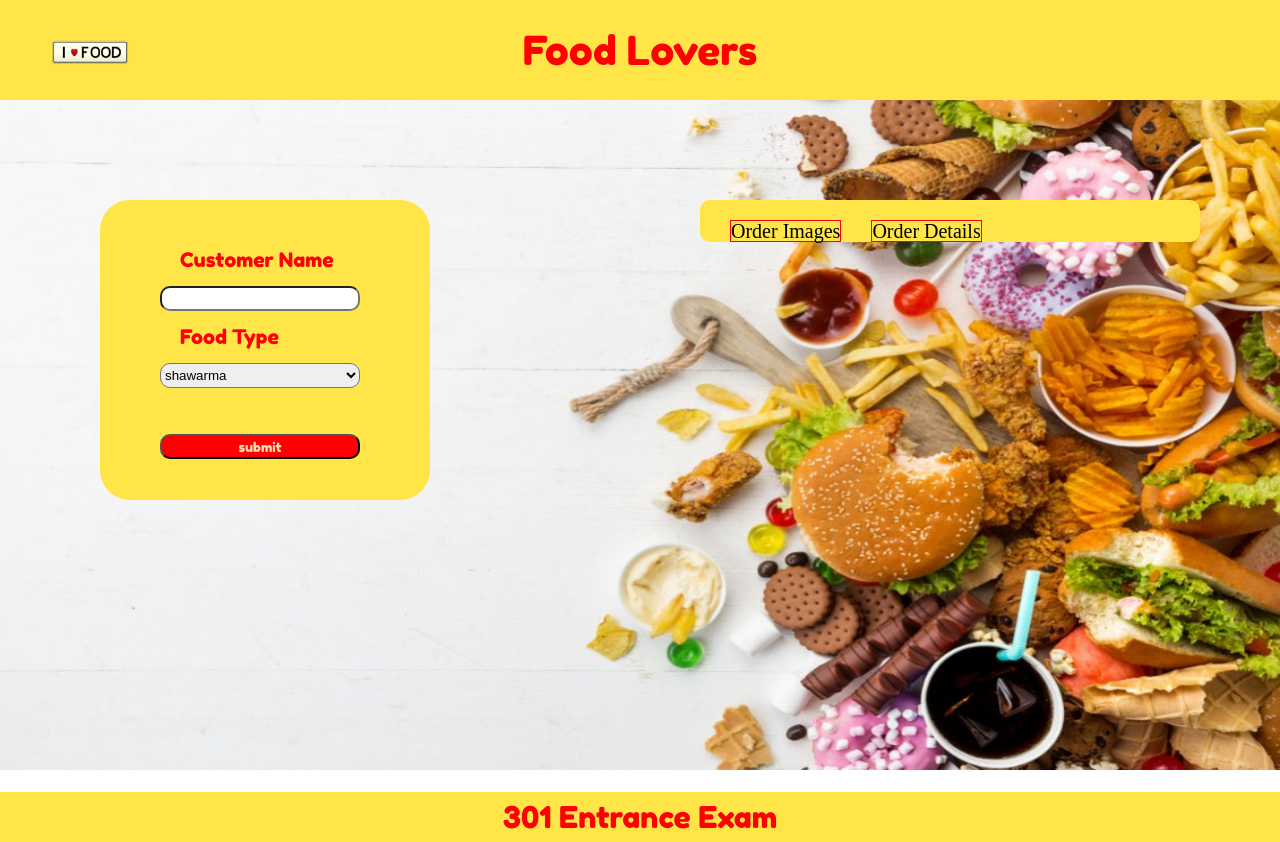
Repository: Razan-am/foodLovers
Page: index.html
These files come from the project's save history. The page is drawn as it stood at one moment and after the next save; the edit follows.
The browser window is 1280 px wide. The pictures show the whole page.

Above is the page before, as saved 2021-06-01 11:25:54.

After the next save:
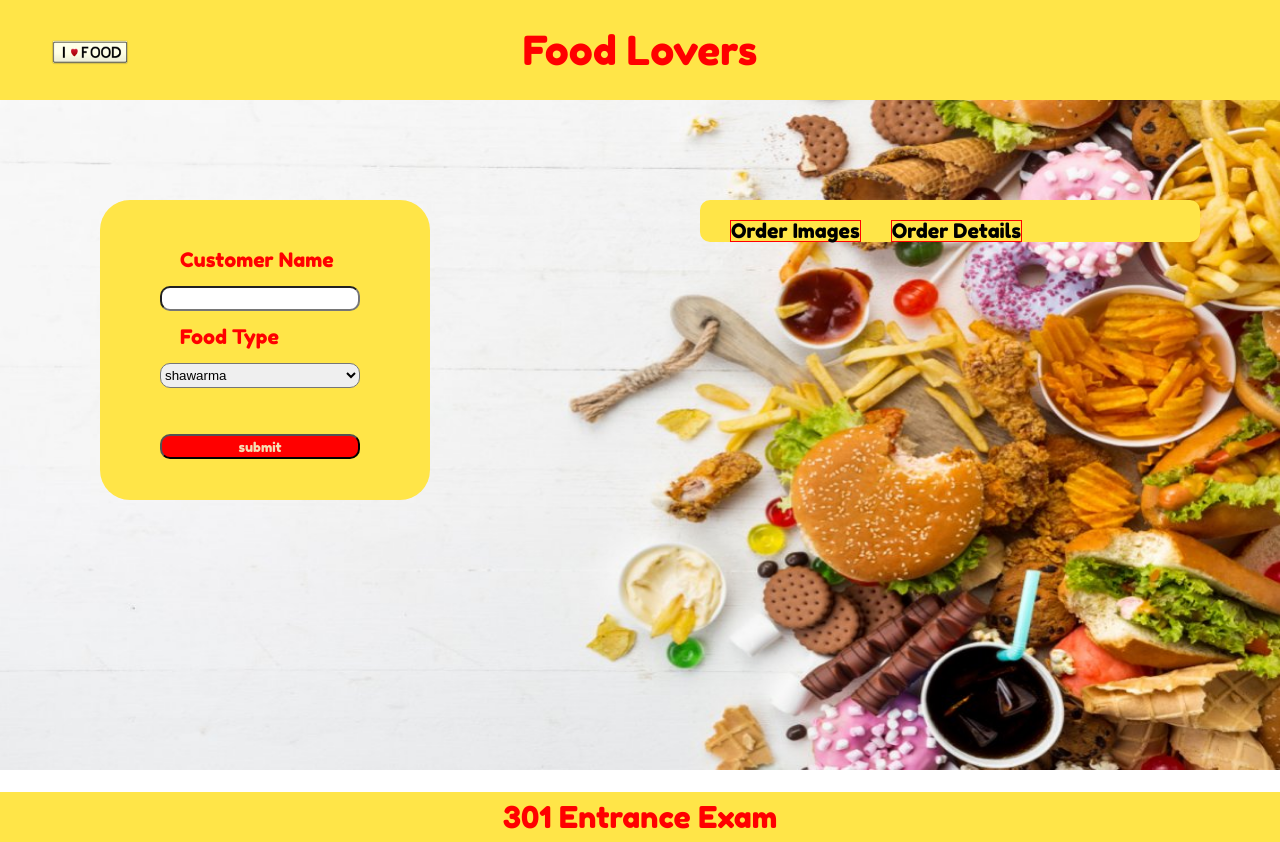
Saved 6 s later.
--- a/css/style.css
+++ b/css/style.css
@@ -83,6 +83,7 @@ table th{
     border: 1px solid red;
     font-size: 20px;
     text-align: center;
+    font-family: 'Fredoka One', cursive;
 
 }
 table img{
